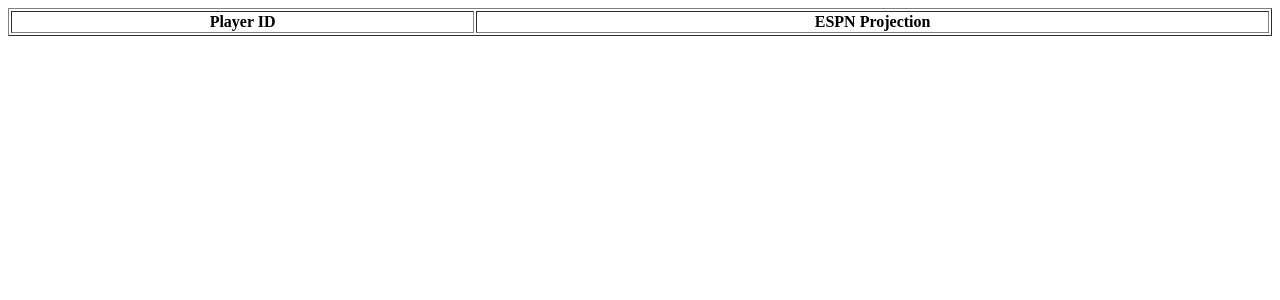
Repository: jkopi11/ffbp
Page: http://localhost/FFB_Analyzer/templates/getProjections.jsp
These files come from the project's save history. The page is drawn as it stood at one moment and after the next save; the edit follows.
The browser window is 1280 px wide. The pictures show the whole page.
The page is served by Tomcat 9. Queries for data that is not in the repository find no rows.

Above is the page before, as saved 2016-09-06 13:35:16.

After the next save:
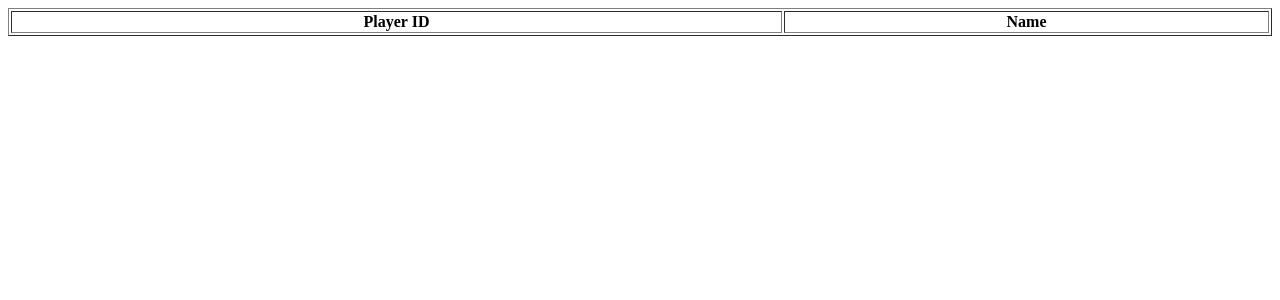
Saved 4 s later.
--- a/FFB_Analyzer/WebContent/templates/getProjections.jsp
+++ b/FFB_Analyzer/WebContent/templates/getProjections.jsp
@@ -16,7 +16,7 @@ SELECT * from players;
 <table border="1" width="100%">
 <tr>
 <th>Player ID</th>
-<th>ESPN Projection</th>
+<th>Name</th>
 </tr>
 <c:forEach var="row" items="${result.rows}">
 <tr>
